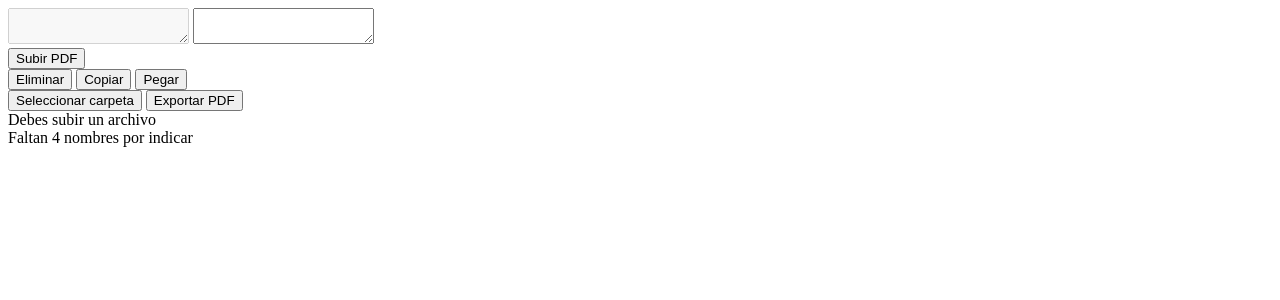
Repository: d3v0l0p3rs/pdf-spliteador
Page: src/index.html
An editor plug-in stored every save of this project. The page is shown before and after the next save, followed by the edit.
The browser window is 1280 px wide. The pictures show the whole page.

Above is the page before, as saved 2020-10-21 16:47:51.

### src/index.html
<!DOCTYPE html>
<html>
  <head>
    <meta charset="UTF-8">
    <title>Separador de PDFs</title>
  </head>
  <body>
    <div id="main-content">
      <div id="text-areas">
        <textarea id="number-lines" name="number-lines" disabled></textarea>
        <textarea id="name-lines" name="name-lines"></textarea>
      </div>
      <div id="actions">
        <div id="buttons">
          <button type="button" id="upload-pdf" class="action-row btn btn-primary">Subir PDF</button>
          <input type="file" id="upload-pdf-input" name="upload-pdf" accept=".pdf" class="action-row btn btn-primary" style="display:none;">
          <div id="text-actions" class="action-row btn-group" role="group">
            <button type="button" id="delete-text" class="text-action btn btn-danger">Eliminar</button>
            <button type="button" id="copy-text" class="text-action btn btn-info">Copiar</button>
            <button type="button" id="paste-text" class="text-action btn btn-warning">Pegar</button>
          </div>
          <button type="button" id="choose-folder" class="action-row btn btn-primary">Seleccionar carpeta</button>
          <button type="button" id="export-pdf" class="action-row btn btn-primary">Exportar PDF</button>
        </div>
        <div id="messages">
          <div id="upload-file-warning" class="alert alert-warning" role="alert">
            Debes subir un archivo
          </div>
          <div id="not-line-match-warning" class="alert alert-warning" role="alert">
            Faltan 4 nombres por indicar
          </div>
        </div>
      </div>
    </div>
  </body>
</html>

After the next save:
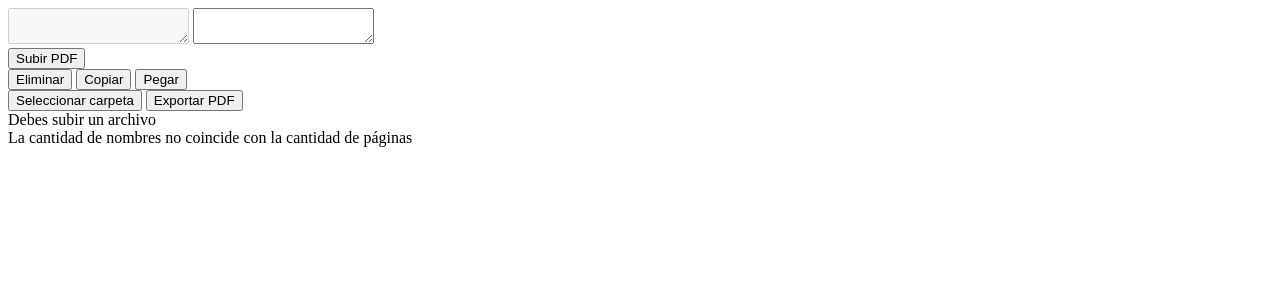
Saved 2 min 1 s later.
--- a/src/index.html
+++ b/src/index.html
@@ -27,7 +27,7 @@
             Debes subir un archivo
           </div>
           <div id="not-line-match-warning" class="alert alert-warning" role="alert">
-            Faltan 4 nombres por indicar
+            La cantidad de nombres no coincide con la cantidad de páginas
           </div>
         </div>
       </div>
